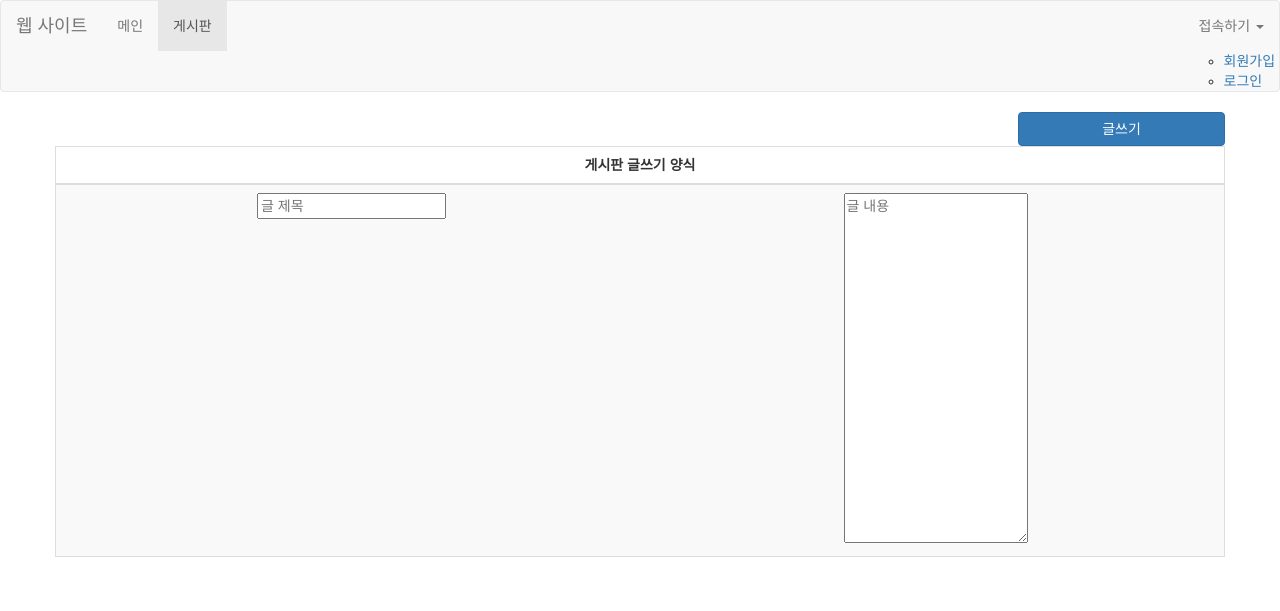
Repository: hayeon/JSP_BBS
Page: http://localhost/BBS/write.jsp
An editor plug-in stored every save of this project. The page is shown before and after the next save, followed by the edit.
The browser window is 1280 px wide. The pictures show the whole page.
The page is served by Tomcat 9.

Above is the page before, as saved 2021-07-24 14:08:35.
Console error (its wording comes from the project's code and is left out).

After the next save:
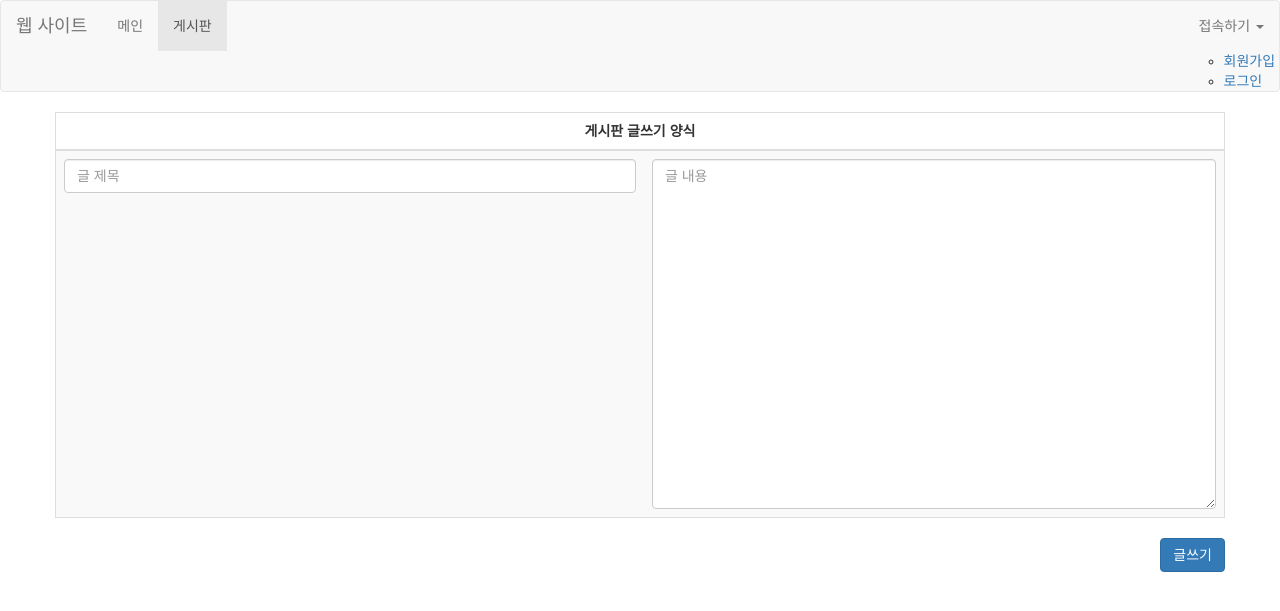
Saved 104 s later.
--- a/notice_board/BBS/WebContent/write.jsp
+++ b/notice_board/BBS/WebContent/write.jsp
@@ -87,19 +87,23 @@
 				style="text-align: center; border: 1px solid #dddddd">
 				<thead>
 					<tr>
-						<th colspan ="2" style="background-color: #eeeee; text-align: center;">게시판 글쓰기 양식</th>
+						<th colspan="2"
+							style="background-color: #eeeee; text-align: center;">게시판
+							글쓰기 양식</th>
 
 					</tr>
 				</thead>
 				<tbody>
-				<tr>
-				<td><input type="text" clas= "form-control" placeholder="글 제목" name ="bbsTitle" maxlength ="50"></td>
-				<td><textarea type="text" clas= "form-control" placeholder="글 내용" name ="bbsContent"
-				maxlength ="2048" style="height:350px;"></textarea></td>
-				</tr>
+					<tr>
+						<td><input type="text" class="form-control" placeholder="글 제목"
+							name="bbsTitle" maxlength="50"></td>
+						<td><textarea type="text" class="form-control"
+								placeholder="글 내용" name="bbsContent" maxlength="2048"
+								style="height: 350px;"></textarea></td>
+					</tr>
 				</tbody>
-				<input type ="sumbit" class= "btn btn-primary pull-right" value ="글쓰기">
 			</table>
+			<input type="submit" class="btn btn-primary pull-right" value="글쓰기">
 
 		</div>
 	</div>
